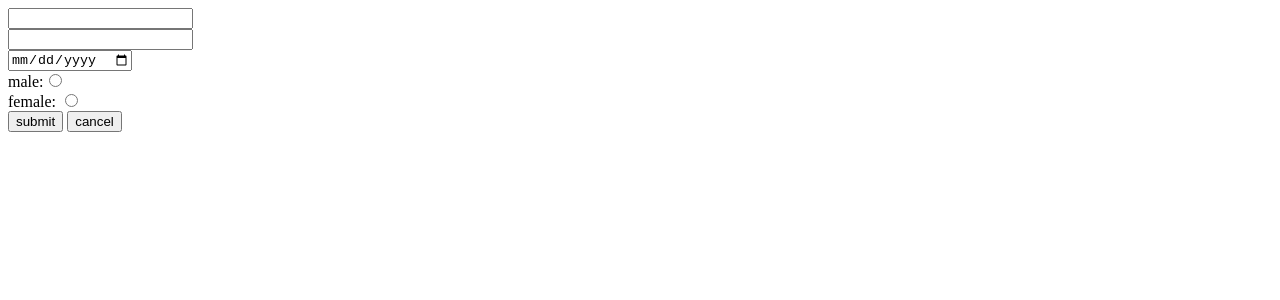
Repository: Preethi990/wednesday
Page: JESE7/project2_jese8/src/main/webapp/NewFile.html
An editor plug-in stored every save of this project. The page is shown before and after the next save, followed by the edit.
The browser window is 1280 px wide. The pictures show the whole page.

Above is the page before, as saved 2023-02-04 07:01:59.

### JESE7/project2_jese8/src/main/webapp/NewFile.html
<!DOCTYPE html>
<html>
<head>
<meta charset="ISO-8859-1">
<title>Insert title here</title>
</head>
<body>
<form action="data">
<input type="text" name="empid"> <br>
<input type="text" name="empname"> <br>
<input type="date" name="dob"> <br>
male:<input type="radio" name="gender" value="male"> <br>
female: <input type="radio" name="gender" value="female"> <br>



<button>submit</button>
<button>cancel</button>
</form>
</body>
</html>

After the next save:
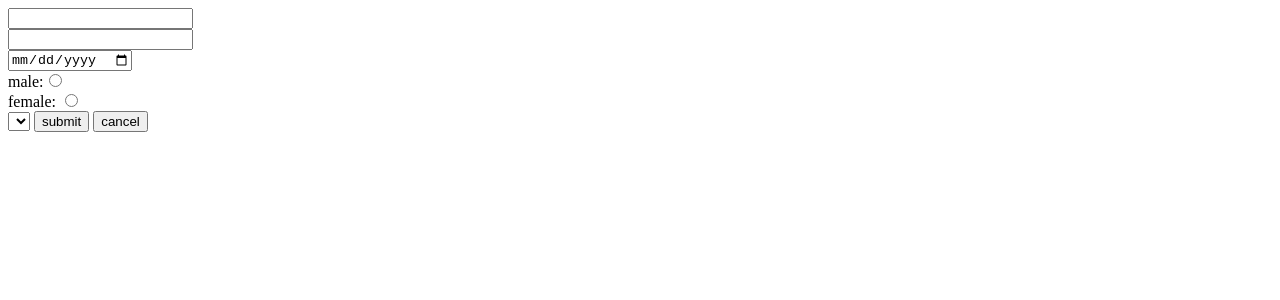
Saved 9 s later.
--- a/JESE7/project2_jese8/src/main/webapp/NewFile.html
+++ b/JESE7/project2_jese8/src/main/webapp/NewFile.html
@@ -11,7 +11,7 @@
 <input type="date" name="dob"> <br>
 male:<input type="radio" name="gender" value="male"> <br>
 female: <input type="radio" name="gender" value="female"> <br>
-
+<select name="country"></select>
 
 
 <button>submit</button>
